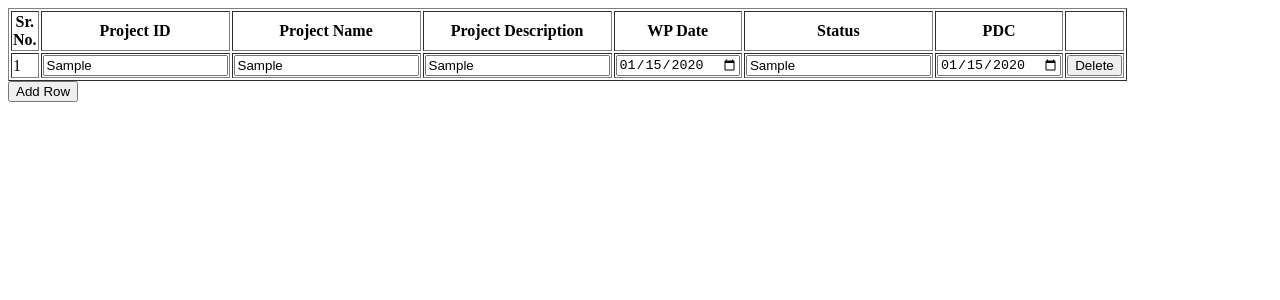
Repository: AdarshK062/BasicServlet
Page: http://localhost/Project1/index2.jsp
An editor plug-in stored every save of this project. The page is shown before and after the next save, followed by the edit.
The browser window is 1280 px wide. The pictures show the whole page.
Empty fields were first filled with sample values (such as "Sample", 5 or name@example.com).
After loading, the first visible `input[onclick="removeRow('button1')"]` was clicked once.
The page is served by Tomcat 9.

Above is the page before, as saved 2021-03-28 20:31:49.

After the next save:
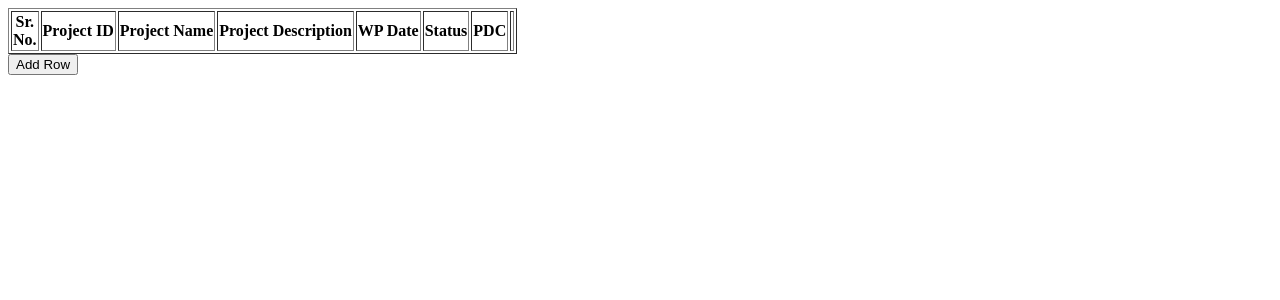
Saved 2 min 27 s later.
--- a/Project1/WebContent/index2.jsp
+++ b/Project1/WebContent/index2.jsp
@@ -77,10 +77,9 @@ DBConnect db=(DBConnect)s.getAttribute("db");
             var rowCount = table.rows.length;
             for(var i = 1; i < rowCount; i++){
                 var row = table.rows[i];
-                var rowObj = row.cells[6].childNodes[0];
+                var rowObj = row.cells[7].childNodes[0];
                 if (rowObj.name == btnName) {
                     table.deleteRow(i);
-                    rowCount--;
                     break;
                 }
             }
